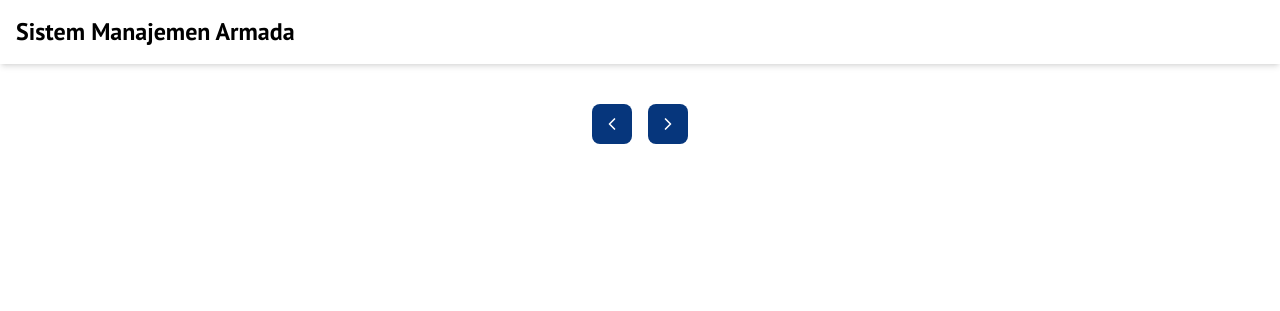
Repository: SyahrulRmd/8973d208-5d3b
Page: /
An editor plug-in stored every save of this project. The page is shown before and after the next save, followed by the edit.
The browser window is 1280 px wide. The pictures show the whole page.
The page's requests for data from a server got no answer. The project was rebuilt for these pictures with package versions that can differ from the ones it lists, and the page was loaded fresh each time. No one was signed in, and anything a server would have sent is missing. Also part of the build but not shown: vite.config.ts, src/components/ui/dialog.tsx, src/components/icons/bus.tsx.

Above is the page before, as saved 2025-07-05 22:24:30.

### index.html
<!doctype html>
<html lang="en">

<head>
  <meta charset="UTF-8" />
  <link rel="icon" type="image/svg+xml" href="/vite.svg" />
  <meta name="viewport" content="width=device-width, initial-scale=1.0" />
  <title>Sistem Manajemen Armada</title>
</head>

<body>
  <div id="root"></div>
  <script type="module" src="/src/main.tsx"></script>
</body>

</html>

### src/main.tsx
import { StrictMode } from 'react'
import { createRoot } from 'react-dom/client'
import './index.css'
import App from './App.tsx'
import Navbar from './components/navbar.tsx'

createRoot(document.getElementById('root')!).render(
  <StrictMode>
    <div className='flex flex-col gap-10'>
      <Navbar />
      <App />
    </div>
  </StrictMode>,
)

### src/index.css
@import url('https://fonts.googleapis.com/css2?family=PT+Sans:ital,wght@0,400;0,700;1,400;1,700&family=Roboto:ital,wght@0,100..900;1,100..900&display=swap');
@import "tailwindcss";

@layer base {
  * {
    font-family: 'PT Sans', sans-serif;
  }
}

@utility container {
  @apply mx-auto px-4;
}

### src/App.tsx
import { useLayoutEffect, useRef, useState } from 'react'
import { BASE_URL } from './common/base-url'
import { formatDate, formatStatus } from './common/formatter'
import useGet from './hooks/use-get'
import type Vehicle from './types/vehicle'
import Dialog from './components/ui/dialog'
import Button from './components/ui/button'
import CustomDialog from './components/ui/dialog'
import BusIcon from './components/icons/bus'
import { ChevronLeft, ChevronRight, Plus } from 'lucide-react'

function App() {
  const fields = 'fields[vehicle]=speed,occupancy_status,revenue_status,longitude,latitude,label,direction_id,current_stop_sequence,current_status,carriages,bearing,updated_at'
  const page = 'page[offset]=0&page[limit]=10'

  const { data, loading, error } = useGet<ListWrapper<Vehicle[]>>(`${BASE_URL}/vehicles?${encodeURI(fields)}&${encodeURI(page)}`, { isArray: true },)

  console.log(data)



  return (
    <div>
      <section className='container'>
        <div className='grid grid-cols-12 sm:gap-10 gap-4'>
          {data?.data?.map((vehicle, index) => (
            <div className='col-span-12 sm:col-span-6 md:col-span-4'>
              <VehicleCard key={index} vehicle={vehicle} />
            </div>
          ))}
        </div>
        <div className='flex justify-center gap-4'>
          <Button className='w-10 h-10 p-2!'>
            <ChevronLeft className='w-5 h-5' />
          </Button>
          <Button className='w-10 h-10 p-2!'>
            <ChevronRight className='w-5 h-5' />
          </Button>
        </div>
      </section>
    </div>
  )
}

export default App

const VehicleCard = ({ vehicle }: { vehicle: Vehicle }) => {
  const [isOpen, setIsOpen] = useState(false)


  console.log(formatStatus(vehicle.current_status));

  const statusBgColor = (status: string) => {
    switch (status) {
      case "IN_TRANSIT_TO":
        return 'bg-blue-500/20 text-blue-500 border border-blue-500'
      case "STOPPED_AT":
        return 'bg-orange-400/20 text-orange-400 border border-orange-400'
      case 'INCOMING_AT':
        return 'bg-green-500/20 text-green-500 border border-green-500'
      default:
        return 'bg-gray-500/20 text-gray-500 border border-gray-500'
    }
  }


  return (
    <>
      <div onClick={() => setIsOpen(true)} >
        <div className='bg-white rounded-lg p-4 shadow-md space-y-3'>
          <div className='flex justify-between items-center'>
            <div className='flex items-center gap-2'>
              <BusIcon className='w-6 h-6' />
              <h3 className='text-xl font-bold'>{vehicle.label}</h3>
            </div>
            <p className={`px-2 py-1 rounded-md text-xs ${statusBgColor(vehicle.current_status)} `}>{formatStatus(vehicle.current_status)}</p>
          </div>
          <div className='space-y-1'>
            <p className='text-sm text-gray-500'><span className='font-semibold'>Lattitude:</span> {vehicle.latitude}</p>
            <p className='text-sm text-gray-500'><span className='font-semibold'>Longitude:</span> {vehicle.longitude}</p>
          </div>
          <div>
            <p className='text-sm text-gray-500'>Terakhir Di-update</p>
            <p className='text-sm text-gray-500'>{formatDate(vehicle.updated_at)}</p>
          </div>
        </div>
      </div>
      <CustomDialog isOpen={isOpen} setIsOpen={setIsOpen} title='Dialog'>
        <div>
          <h3 className='text-lg font-bold'>{vehicle.label}</h3>
          <p className={`text-sm  ${statusBgColor(vehicle.current_status)} px-2 py-1 rounded-md`}>{formatStatus(vehicle.current_status)}</p>
          <p className='text-sm text-gray-500'>{vehicle.latitude} & {vehicle.longitude}</p>
          <p className='text-sm text-gray-500'>{formatDate(vehicle.updated_at)}</p>
        </div>
      </CustomDialog>
    </>
  )
}

### src/components/navbar.tsx
const Navbar = () => {
  return (
    <nav className='bg-white shadow-md py-4'>
      <div className='container'>
        <h1 className='text-2xl font-bold'>Sistem Manajemen Armada</h1>
      </div>
    </nav>
  );
}

export default Navbar;

### src/common/base-url.ts
export const BASE_URL = 'https://api-v3.mbta.com'

### src/common/formatter.ts
export const formatDate = (date: string) => {
  const localDate = date.replace(/[+-]\d{2}:\d{2}$/, '');
  return new Date(localDate).toLocaleDateString('id-ID', {
    year: 'numeric',
    month: 'long',
    day: 'numeric',
    hour: '2-digit',
    minute: '2-digit',
    second: '2-digit',
  });
}

export const formatStatus = (status: string) => {
  const formatted = status.replaceAll('_', ' ');
  const capitalize = formatted.split(' ').map(word => word.charAt(0).toUpperCase() + word.slice(1).toLowerCase()).join(' ');
  return capitalize;
}

### src/hooks/use-get.ts
import { useEffect, useState } from "react";

const useGet = <T>(url: string, { isArray = false }: { isArray?: boolean }) => {
  const [data, setData] = useState<T | null>(null);
  const [loading, setLoading] = useState(true);
  const [error, setError] = useState(null);

  useEffect(() => {
    fetch(url)
      .then(res => res.json())
      .then((data) => {
        console.log(data['data']);

        if (isArray) {
          // eslint-disable-next-line @typescript-eslint/no-explicit-any
          const responseData = data['data'].map((item: any) => item.attributes) as T
          const responseLinks = data['links']
          setData({ data: responseData, links: responseLinks } as unknown as T)
        } else {
          setData(data.data.attributes as T)
        }
      })
      .catch(setError)
      .finally(() => setLoading(false));
  }, [isArray, url]);

  return { data, loading, error };
}

export default useGet;

### src/components/ui/button.tsx
const Button = ({ className, children, onClick }: { className?: string, children: React.ReactNode, onClick?: () => void }) => {
  return (
    <button onClick={onClick} className={`transition-all duration-300 bg-[#06367c] hover:bg-[#06367c]/90 active:bg-[#06367c]/85 text-white px-4 py-2 font-semibold inline-flex gap-2 items-center justify-center rounded-lg ${className}`}>
      {children}
    </button>
  );
}

export default Button;

After the next save:
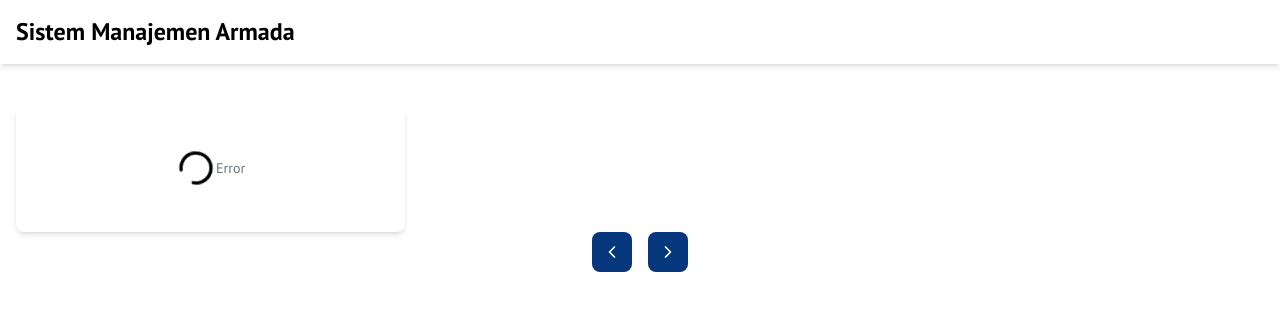
Saved 5 min 2 s later.
--- a/src/App.tsx
+++ b/src/App.tsx
@@ -7,7 +7,7 @@ import Dialog from './components/ui/dialog'
 import Button from './components/ui/button'
 import CustomDialog from './components/ui/dialog'
 import BusIcon from './components/icons/bus'
-import { ChevronLeft, ChevronRight, Plus } from 'lucide-react'
+import { ChevronLeft, ChevronRight, Loader2, Plus } from 'lucide-react'
 
 function App() {
   const fields = 'fields[vehicle]=speed,occupancy_status,revenue_status,longitude,latitude,label,direction_id,current_stop_sequence,current_status,carriages,bearing,updated_at'
@@ -17,17 +17,33 @@ function App() {
 
   console.log(data)
 
-
-
   return (
     <div>
       <section className='container'>
         <div className='grid grid-cols-12 sm:gap-10 gap-4'>
-          {data?.data?.map((vehicle, index) => (
+          {loading ? (
             <div className='col-span-12 sm:col-span-6 md:col-span-4'>
-              <VehicleCard key={index} vehicle={vehicle} />
+              <div className='bg-white rounded-lg p-4 shadow-md space-y-3'>
+                <div className='flex justify-center items-center h-24'>
+                  <Loader2 className='w-10 h-10 animate-spin' />
+                </div>
+              </div>
             </div>
-          ))}
+          ) : error ? (
+            <div className='col-span-12 sm:col-span-6 md:col-span-4'>
+              <div className='bg-white rounded-lg p-4 shadow-md space-y-3'>
+                <div className='flex justify-center items-center h-24'>
+                  <Loader2 className='w-10 h-10 animate-spin' />
+                  <p className='text-sm text-gray-500'>Error</p>
+                </div>
+              </div>
+            </div>
+          ) : (
+            data?.data?.map((vehicle, index) => (
+              <div className='col-span-12 sm:col-span-6 md:col-span-4'>
+                <VehicleCard key={index} vehicle={vehicle} />
+              </div>
+            )))}
         </div>
         <div className='flex justify-center gap-4'>
           <Button className='w-10 h-10 p-2!'>
@@ -46,9 +62,6 @@ export default App
 
 const VehicleCard = ({ vehicle }: { vehicle: Vehicle }) => {
   const [isOpen, setIsOpen] = useState(false)
-
-
-  console.log(formatStatus(vehicle.current_status));
 
   const statusBgColor = (status: string) => {
     switch (status) {
